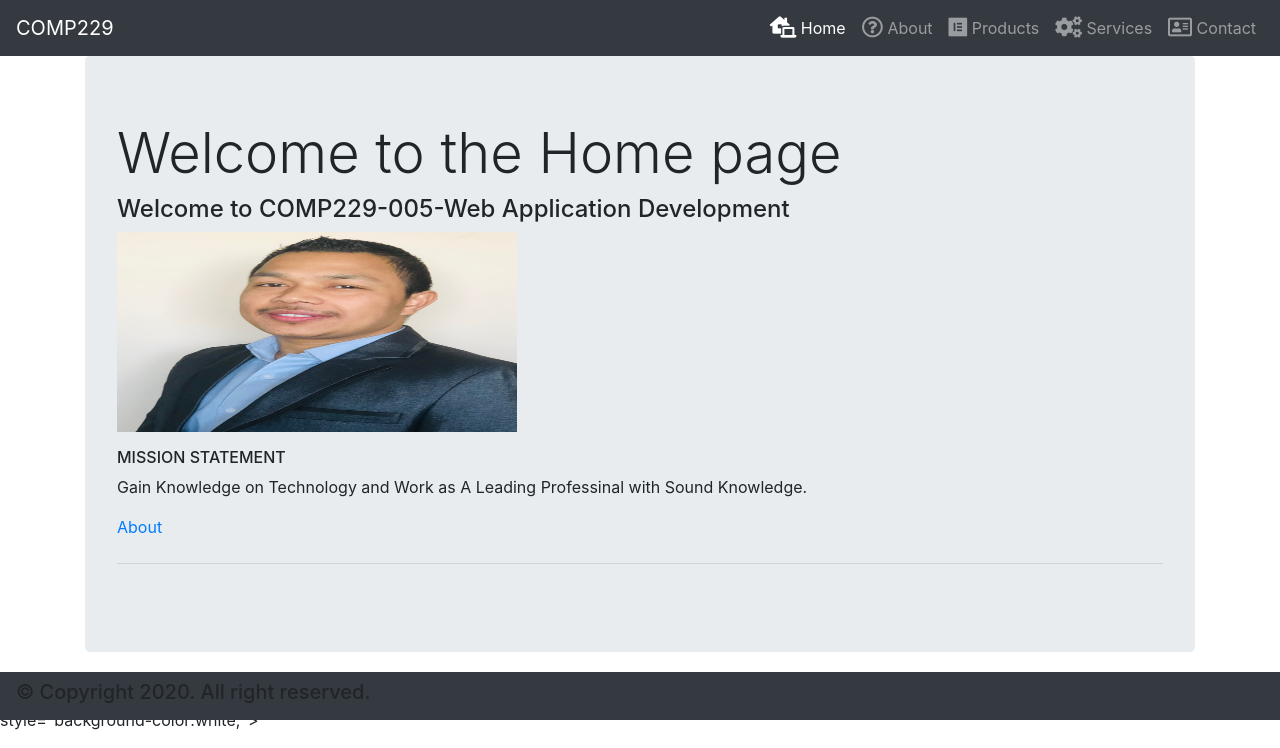
Repository: laxmangothe2020/COMP229Assignment
Page: http://localhost/
An editor plug-in stored every save of this project. The page is shown before and after the next save, followed by the edit.
The browser window is 1280 px wide. The pictures show the whole page.
The page is served by the project's Node server (server.js). Other server files are loaded and not shown.

Above is the page before, as saved 2021-02-11 00:50:09.

### views/index.ejs

<%- include partials/header.ejs %>

   <%- include partials/main_nav.ejs %>

      <!-- Main Contain -->
   <main class="container">
    <div class="jumbotron">
    <h1 class="display-4"> Welcome to the <%= title %> page </h1>
    <!--Using Switch case all infornation passed through here-->
      <% switch (title) {
        case 'Home' : %>
        <%- include partials/home.ejs %>
                <% break;

        case 'About' : %>
        <%- include partials/about.ejs %>
                <% break;

        case 'Products' : %>
        <%- include partials/products.ejs %>
                <% break;

        case 'Services' : %>
        <%- include partials/services.ejs %>
                <% break;

        case 'Contact' : %>
        <%- include partials/contact.ejs %>
              <% break;
       } %>
      <hr class="my-4">
    </div>
  </main>

   <%- include partials/bottom_nav.ejs %>


    <%- include partials/footer.ejs %>

### views/partials/header.ejs

<!DOCTYPE html>
<html lang="en">
  <head>
   <meta charset="UTF-8">
   <meta name="viewport" content="with=device-width, initial-scale=1.0">
    <title><%= title %></title>

  <!-- CSS Section-->
  <link rel="stylesheet" href="/bootstrap/dist/css/bootstrap.min.css">
  <link rel="stylesheet" href="/@fortawesome/fontawesome-free/css/all.min.css">
  <link rel='stylesheet' href='/Content/app.css'/>

</head>
<body>

### views/partials/main_nav.ejs
<!-- Main Navigation -->
   <nav class="navbar navbar-expand-lg navbar-dark bg-dark">
      <a class="navbar-brand" href="/">COMP229</a>
      <button class="navbar-toggler" type="button" data-toggle="collapse" data-target="#navbarSupportedContent" aria-controls="navbarSupportedContent" aria-expanded="false" aria-label="Toggle navigation">
       <span class="navbar-toggler-icon"></span>
     </button>

     <div class="collapse navbar-collapse" id="navbarSupportedContent">
        <ul class="navbar-nav ml-auto">

          <% if (title == "Home") { %>
        <li class="nav-item active">
        <% } else { %>
        <li class="nav-item">
        <% } %>
          <a class="nav-link" href="/home"><i class="fas fa-lg fa-laptop-house"></i> Home </a>
        </li>

        <% if (title == "About") { %>
          <li class="nav-item active">
          <% } else { %>
          <li class="nav-item">
          <% } %>
        <a class="nav-link" href="/about"><i class="far fa-lg fa-question-circle"></i> About </a>
        </li>

        <% if (title == "Products") { %>
          <li class="nav-item active">
          <% } else { %>
          <li class="nav-item">
          <% } %>
        <a class="nav-link" href="/products"><i class="fab fa-lg fa-elementor"></i> Products </a>
        </li>

        <% if (title == "Services") { %>
          <li class="nav-item active">
          <% } else { %>
          <li class="nav-item">
          <% } %>
        <a class="nav-link" href="/services"><i class="fas fa-lg fa-cogs"></i> Services </a>
        </li>

        <% if (title == "Contact") { %>
          <li class="nav-item active">
          <% } else { %>
          <li class="nav-item">
          <% } %>
        <a class="nav-link" href="/contact"><i class="far fa-lg fa-address-card"></i> Contact </a>

        </li>

      </div>
    </nav>

### views/partials/home.ejs
<body>

    <div class="content">
        <h4>Welcome to COMP229-005-Web Application Development</h4>
        <img src="./Assets/images/lax.jpeg" width="400" height="200" >
        <p>
            <h6> MISSION STATEMENT</h6> Gain Knowledge on Technology and Work as A Leading Professinal with Sound Knowledge.
        </p>
        <p>
            <a href="/about"> About </a>
        </p>
    </div>

</body>

### views/partials/about.ejs

         <div id="contentEditable">


                    <div style="background-color: #C0C0C0;margin-bottom: 10px">
                        <h3 style="padding-left: 40px;padding-top:20px;color: #AA7439"> About Me </h3>
                        <div style="width: 100%;height:100%;background-color:#C0C0C0;">
                            <img src="./Assets/images/laxman.jpeg" alt="Security for Life" width="175" style="float: right;margin-left: 30px;margin-right:30px">
                           <p style="padding-left:15px; padding-right: 10px; color:#696969;margin:20px;text-align: justify;line-height:1.7;padding-bottom: 20px;">
                             &nbsp;&nbsp;&nbsp;&nbsp;&nbsp;&nbsp;&nbsp;&nbsp;The Civil Homes REALTORS® is a small, family owned real estate company with full-time Professional REALTORS®. We have been in business in Madison since 1990 and have helped hundreds of people and families buy and sell homes throughout the years all over Madison, Dane County and the surrounding counties. The Civil Homes REALTORS® is licensed in the State of Toronto.
                             <br>
                             <br>&nbsp;&nbsp;&nbsp;&nbsp;&nbsp;&nbsp;&nbsp;&nbsp;We pride ourselves on the quality of service that we provide, not the quantity that we sell. We find that our clients are extremely satisfied with the services we provide, because they know that our first concern is always their best interests. The wants and needs of our clients are always at the forefront of our business practices and are the driving force behind all that we do.
                             <br>&nbsp;&nbsp;&nbsp;&nbsp;&nbsp;&nbsp;&nbsp;&nbsp;We pride ourselves on the quality of service that we provide, not the quantity that we sell.
                           </p>
                       </div>


                    </div>
        </div>
<p><a href="/public/PDF/resume.pdf"> Resume </a></button></p>

### views/partials/products.ejs
<div class="row">
    <div class="column">
        <img src="./Assets/images/mobile.jpg" width="350" height="250" >
        <p> The main purpose to develop this project is<br>
            to roll the dice. we have two diaces here, <br>
            when we click on the roll button, it shows<br>
            the number and also shows the total number<br>
            by adding the number of both dice.</p>
    </div>
    <div class="column">
        <img src="./Assets/images/game.jpg" width="350" height="250" >
        <p> This is the Slot Machine Project. The main<br>
            purpose to develop this project is to show<br>
            how the jackpot works. When we bet  amount<br>
            and play,it shows either we win the game or<br>
            loose. It shows credic, balance and jackpot.</p>
    </div>
    <div class="column">
        <img src="./Assets/images/software.jpg" width="350" height="250" >
        <p> This is a 5 page project of Web Application<br>
            The main purpose to develop this project is <br>
            to run multi-pages and show the importance <br>
            of each pages. Home, About, Products, Services<br>
            and Contact pages are the pages of this project</p>
    </div>
 </div>

### views/partials/services.ejs
<div class="row">
    <div class="column">
        <img src="./Assets/images/qualityassurance.jpg" width="350" height="250" >
    </div>
    <div class="column">
        <img src="./Assets/images/softwaredev.jpg" width="350" height="250" >
    </div>
    <div class="column">
        <img src="./Assets/images/technical.jpg" width="350" height="250" >
    </div>
    <h3>Our Services:</h3> <br>
        <p>We work for several aspects of IT related tasks. Our Main purpose is to make sure on the Quality of our products.
            Similarly, Web designing, coding by using C#, JavaScript, Database are our major focus. We provide service to the customer
            in a fast paced way. All the customers are happy with our Service.
        </p>
</div>

### views/partials/contact.ejs
<div class="container">
    <h1 class="display-5">CONTACT FIELD</h1>
    <div id="errorMessage" class="alert alert-danger" role="alert" hidden>

    </div>
    <hr>
    <form id="conactForm">
      <div class="form-group">
        <label for="firstName">First Name</label>
        <input type="text" class="form-control" id="firstName" name="firstName" aria-describedby="firstName"
        placeholder="Enter First Name" required autofocus>
      </div>

      <div class="form-group">
        <label for="lastName">Last Name</label>
        <input type="text" class="form-control" id="lastName" name="lastName" aria-describedby="lastName"
        placeholder="Enter Last Name" required>
      </div>

      <div class="form-group">
        <label for="contactNumber">Contact Number</label>
        <input type="tel" class="form-control" id="contactNumber" name="contactNumber" aria-describedby="contactNumber"
        placeholder="Enter Contact Number" required>
      </div>

      <div class="form-group">
        <label for="emailAddress">Email address</label>
        <input type="email" class="form-control" id="emailAddress" name="emailAddress" aria-describedby="emailAddress"
        placeholder="Enter Email" required>
      </div>

      <div class="form-group">
        <label for="shortMessage">Your Message</label>
        <textarea class="form-control" id="shortMessage"  name="shortMessage" rows="3" aria-describedby="shortMessage" placeholder="--If you have Short message, please write here--" required></textarea></textarea>
      </div>

      <a href="/"><button type="button" value="Submit"class="btn btn-primary btn-lg"><i class="fas fa-file-import"></i>Send</button></a>
      <!--<button id="submitButton" type="submit" class="btn btn-primary btn-lg"><i class="fas fa-share-square"></i> Send</button> -->
      <button id="resetButton" type="reset" class="btn btn-warning btn-lg"><i class="fas fa-redo"></i> Reset</button>
      <br>
      <br>
      <br>
    </form>

  </div>

### views/partials/bottom_nav.ejs
<!-- Bottom Nav -->

    <footer>
    <<p> style="background-color:white;">
       <nav class="navbar fixed-bottom navbar-dark bg-dark">
           <h5 class="display-6 navbar.text">&copy; Copyright 2020. All right reserved.</h5>
       </nav>
      </p>
    </footer>

### views/partials/footer.ejs
<!-- Script Section-->
    <script src="/jquery/dist/jquery.min.js"></script>
    <script src="/bootstrap/dist/js/bootstrap.min.js"></script>
    <script src="/Scripts/app.js"></script>
 </body>
</html>

### server.js
#!/usr/bin/env node

/**
 * Module dependencies.
 */

let app = require('./app');
let debug = require('debug')('week4:server');
let http = require('http');

/**
 * Get port from environment and store in Express.
 */

let port = normalizePort(process.env.PORT || '3000');
app.set('port', port);

/**
 * Create HTTP server.
 */

let server = http.createServer(app);

/**
 * Listen on provided port, on all network interfaces.
 */

server.listen(port);
server.on('error', onError);
server.on('listening', onListening);

/**
 * Normalize a port into a number, string, or false.
 */

function normalizePort(val) {
  let port = parseInt(val, 10);

  if (isNaN(port)) {
    // named pipe
    return val;
  }

  if (port >= 0) {
    // port number
    return port;
  }

  return false;
}

/**
 * Event listener for HTTP server "error" event.
 */

function onError(error) {
  if (error.syscall !== 'listen') {
    throw error;
  }

  let bind = typeof port === 'string'
    ? 'Pipe ' + port
    : 'Port ' + port;

  // handle specific listen errors with friendly messages
  switch (error.code) {
    case 'EACCES':
      console.error(bind + ' requires elevated privileges');
      process.exit(1);
      break;
    case 'EADDRINUSE':
      console.error(bind + ' is already in use');
      process.exit(1);
      break;
    default:
      throw error;
  }
}

/**
 * Event listener for HTTP server "listening" event.
 */

function onListening() {
  let addr = server.address();
  let bind = typeof addr === 'string'
    ? 'pipe ' + addr
    : 'port ' + addr.port;
  debug('Listening on ' + bind);
}

### routes/index.js
var express = require('express');
var router = express.Router();

/* GET home page. */
router.get('/', function(req, res, next) {
  res.render('index', { title: 'Home'});
});

/* GET home page. */
router.get('/home', function(req, res, next) {
  res.render('index', { title: 'Home'});
});

/* GET About page. */
router.get('/about', function(req, res, next) {
  res.render('index', { title: 'About'});
});

/* GET Products page. */
router.get('/products', function(req, res, next) {
  res.render('index', { title: 'Products'});
});

/* GET Services page. */
router.get('/services', function(req, res, next) {
  res.render('index', { title: 'Services'});
});


/* GET Contact us page. */
router.get('/contact', function(req, res, next) {
  res.render('index', { title: 'Contact'});
});

module.exports = router;

### app.js
//installed third party packages
let createError = require('http-errors');
let express = require('express');
let path = require('path');
let cookieParser = require('cookie-parser');
let logger = require('morgan');

let indexRouter = require('./routes/index');
let usersRouter = require('./routes/users');

let app = express();

// view engine setup
app.set('views', path.join(__dirname, 'views'));
app.set('view engine', 'ejs');

app.use(logger('dev'));
app.use(express.json());
app.use(express.urlencoded({ extended: false }));
app.use(cookieParser());
app.use(express.static(path.join(__dirname, 'public')));
app.use(express.static(path.join(__dirname, 'node_modules')));

app.use('/', indexRouter);
app.use('/users', usersRouter);
app.use('/public/images', express.static('./public/images') ) ;
app.use('/public/PDF', express.static('./public/PDF'));
app.use('/views/partials', express.static('./views/partials'));


// catch 404 and forward to error handler
app.use(function(req, res, next) {
  next(createError(404));
});

// error handler
app.use(function(err, req, res, next) {
  // set locals, only providing error in development
  res.locals.message = err.message;
  res.locals.error = req.app.get('env') === 'development' ? err : {};

  // render the error page
  res.status(err.status || 500);
  res.render('error');
  res.render('error', {title: 'Error'});
});

module.exports = app;

### public/Content/app.css
/* Custom CSS goes here */

### public/Scripts/app.js
// IIFE
(function(){
    function start()
    {
        console.log("App started...")
    }
    window.addEventListener("load", start);

})();

After the next save:
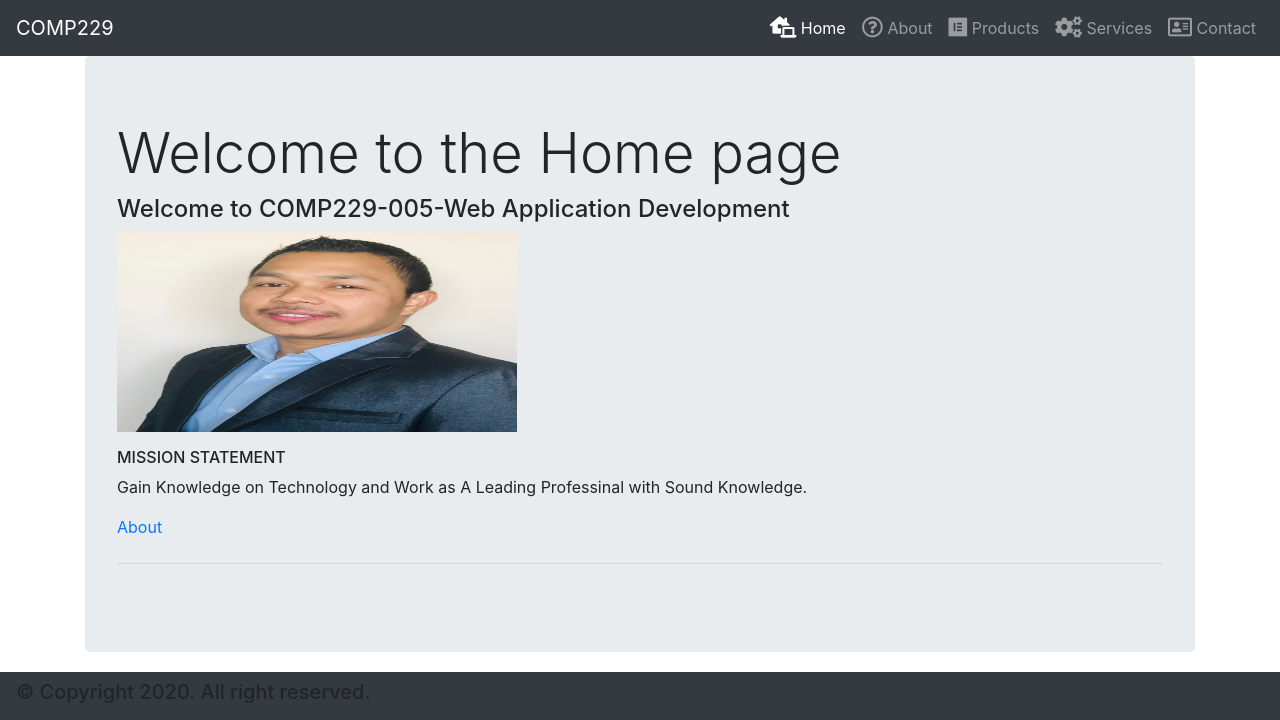
Saved 28 s later.
--- a/views/partials/bottom_nav.ejs
+++ b/views/partials/bottom_nav.ejs
@@ -1,9 +1,9 @@
 <!-- Bottom Nav -->
 
     <footer>
-    <<p> style="background-color:white;">
+
        <nav class="navbar fixed-bottom navbar-dark bg-dark">
            <h5 class="display-6 navbar.text">&copy; Copyright 2020. All right reserved.</h5>
        </nav>
-      </p>
+
     </footer>
